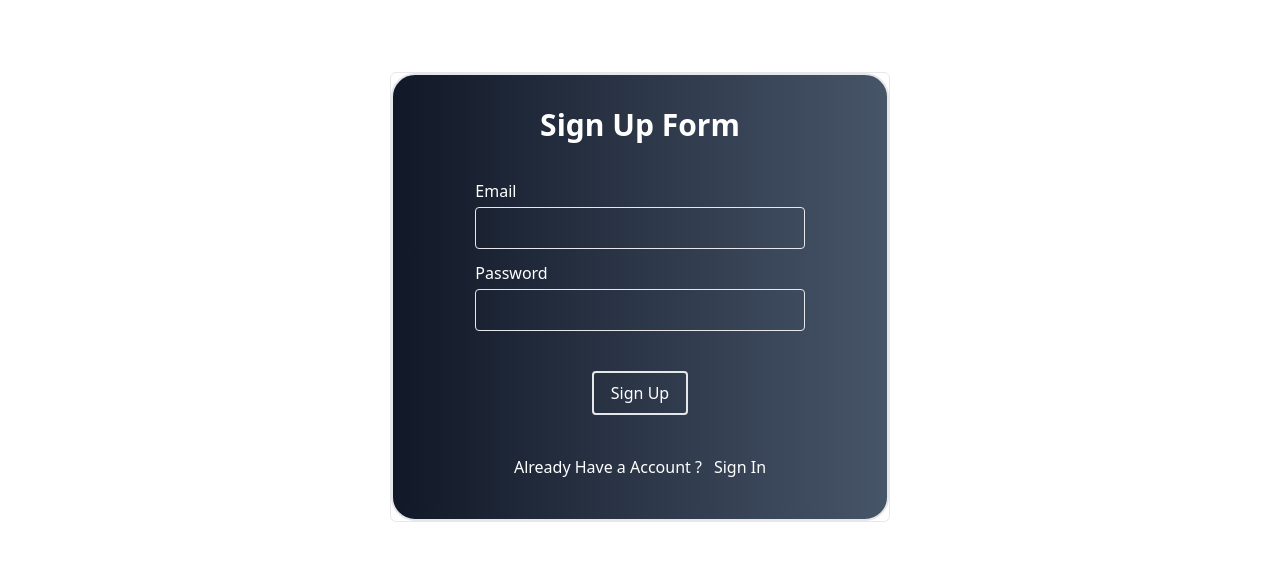
Repository: OmkarTidke8080/Assessment
Page: /sign-in (app in frontend/)
These files come from the project's save history. The page is drawn as it stood at one moment and after the next save; the edit follows.
The browser window is 1280 px wide. The pictures show the whole page.
The project was rebuilt for these pictures with package versions that can differ from the ones it lists, and the page was loaded fresh each time. Also part of the build but not shown: frontend/vite.config.js, frontend/src/components/HomePage.jsx, frontend/src/components/SignUp.jsx.

Above is the page before, as saved 2024-10-19 22:19:10.

### frontend/src/App.jsx
import { useEffect, useState } from "react";
import "./App.css";
import LandingPage from "./components/HomePage.jsx";
import SignUp from "./components/SignUp.jsx";
import { BrowserRouter, Routes, Route } from "react-router-dom";
import ScaleLoader from "react-spinners/ScaleLoader";
import SignIn from "./components/SignIn.jsx";

function App() {
  const [isLoading, setIsLoading] = useState(true);

  useEffect(() => {
    const timer = setTimeout(() => {
      setIsLoading(false);
    }, 2000);

    return () => clearTimeout(timer);
  });
  return (
    <>
      {isLoading ? (
        <div
          style={{
            display: "flex",
            justifyContent: "center",
            alignItems: "center",
            height: "100vh",
            backgroundColor: "#fff",
          }}
        >
          {" "}
          <ScaleLoader />
        </div>
      ) : (
        <BrowserRouter>
          <Routes>
            <Route path={"/"} element={<LandingPage />} />
            <Route path={"/sign-up"} element={<SignUp />} />
            <Route path={"/sign-in"} element={<SignIn />} />
          </Routes>
        </BrowserRouter>
      )}
    </>
  );
}

export default App;

### frontend/src/components/SignIn.jsx
import React from 'react'

function SignIn() {
    return (
      <div className="flex justify-center items-center mt-10">
        <div className="flex border  rounded-md h-[450px] w-[500px]">
          <div className="form border-2 rounded-3xl text-white w-full bg-gradient-to-r from-gray-900 to-slate-600 ">
            <div className="form-heading text-center mt-8 mb-6">
              <h1 className="text-3xl font-bold text-white mb-2">
                Sign Up Form
              </h1>
            </div>
            <form>
              <div className='flex justify-center'>
                <div className="w-2/3">
                  <div className="mt-3">
                    <label htmlFor="email" className=" flex mb-1">
                      Email
                    </label>
                    <input
                      type="text"
                      id="email"
                      className="text-black bg-inherit w-full flex border rounded p-2"
                      required
                    />
                  </div>

                  <div className="mt-3 w-full">
                    <label htmlFor="username" className=" flex mb-1">
                      Password
                    </label>
                    <input
                      type="text"
                      id="FistName"
                      className="text-black bg-inherit w-full flex border rounded p-2"
                      required
                    />
                  </div>
                </div>
              </div>

              <div className="sign-up-button m-10">
                <button className="border-2 rounded p-2 w-24 hover:border-green-700 ">
                  Sign Up
                </button>
              </div>
              <div className="AlreadyAccount flex justify-center gap-x-3">
                <h2>Already Have a Account ?</h2>
                <button>Sign In</button>
              </div>
            </form>
          </div>
        </div>
      </div>
    );
}

export default SignIn

Loaded but not shown: frontend/index.html (common file); frontend/src/main.jsx (common file); frontend/src/index.css (common file); frontend/src/App.css (common file); frontend/tailwind.config.js (common file)

After the next save:
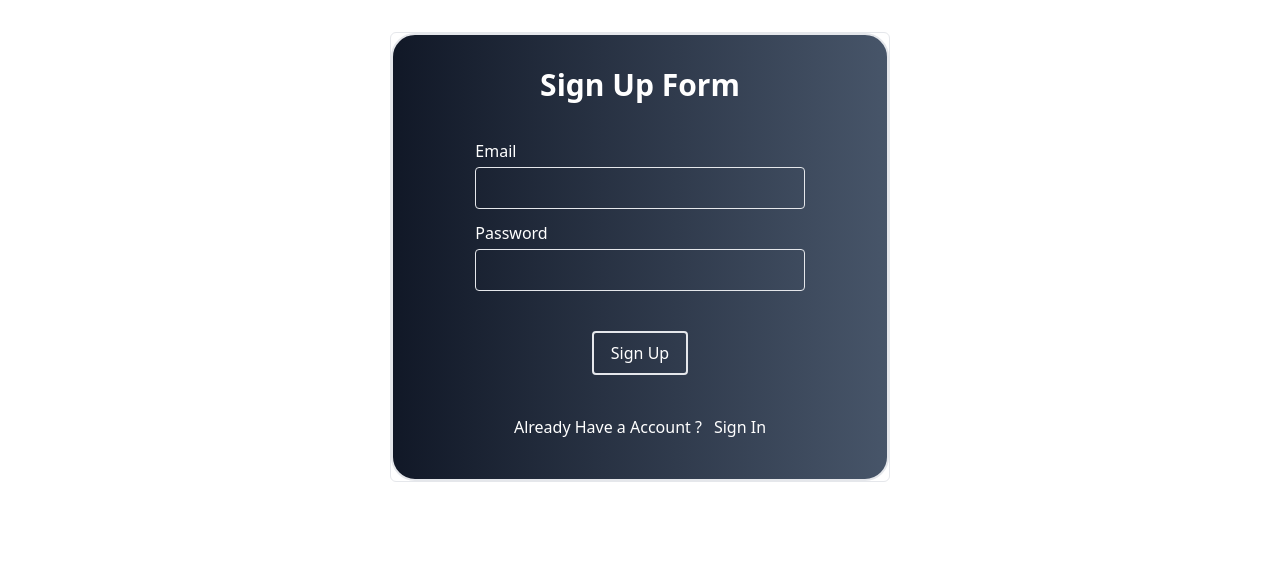
Saved 6 s later.
--- a/frontend/src/components/SignIn.jsx
+++ b/frontend/src/components/SignIn.jsx
@@ -2,7 +2,7 @@ import React from 'react'
 
 function SignIn() {
     return (
-      <div className="flex justify-center items-center mt-10">
+      <div className="flex justify-center items-center ">
         <div className="flex border  rounded-md h-[450px] w-[500px]">
           <div className="form border-2 rounded-3xl text-white w-full bg-gradient-to-r from-gray-900 to-slate-600 ">
             <div className="form-heading text-center mt-8 mb-6">
